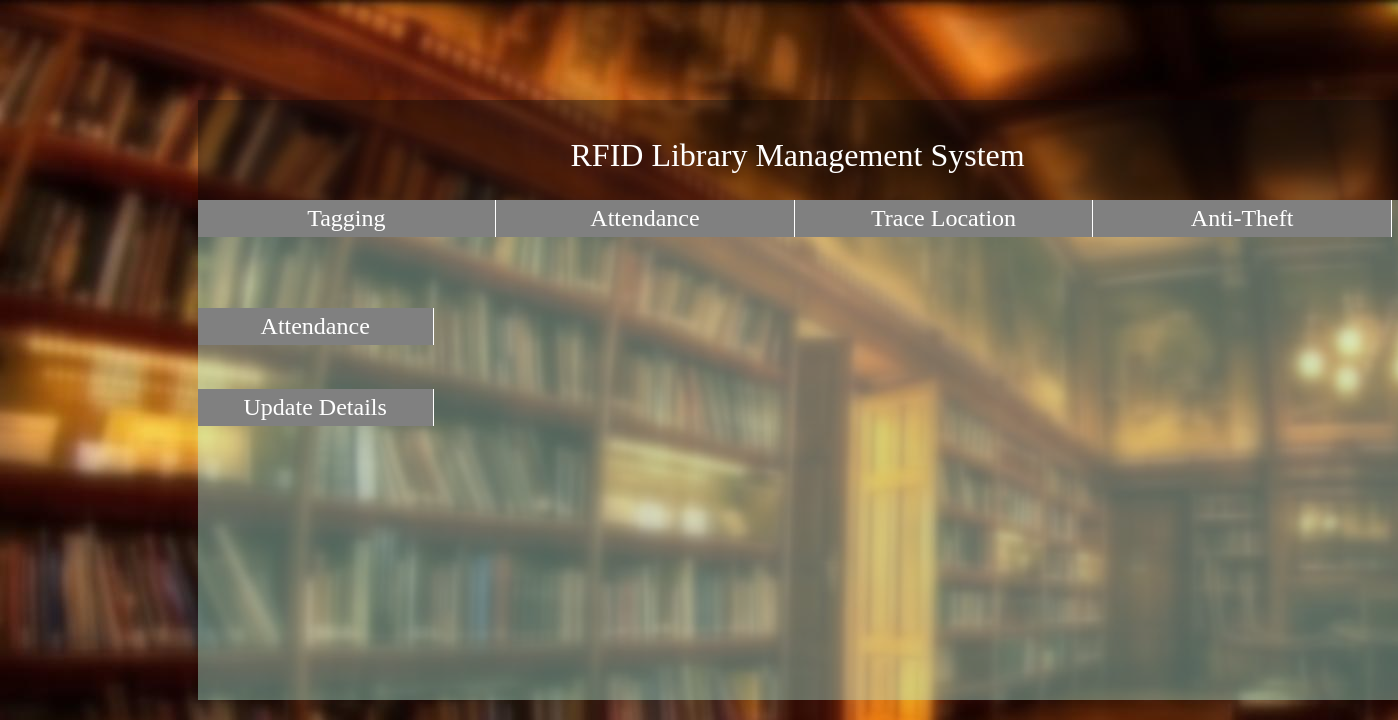
Repository: vigineshs/A-Smart-Data-Analyzer-for-Library-Management-System
Page: http://localhost/librarymgmt/attend.jsp
The author's editor kept a copy of each file at every save. The page is drawn from the files as they stood at one save, then again after the next save.
The browser window is 1280 px wide. The page is 1398 px wide, so the pictures cover 1398 px, including what lies to the right of the window. The pictures show the whole page.
The page is served by Tomcat 9. Other server files are loaded and not shown.

Above is the page before, as saved 2013-02-11 14:42:12.

### PassiveRFID/CS203-Version 1.0.6/Demo Applications/Dot Net C#/Demo Applications Source Code/RFID/librarymgmt/WebContent/attend.jsp
<%@ page language="java" contentType="text/html; charset=ISO-8859-1"
    pageEncoding="ISO-8859-1"%>
<!DOCTYPE html PUBLIC "-//W3C//DTD HTML 4.01 Transitional//EN" "http://www.w3.org/TR/html4/loose.dtd">
<html>
<head>
<title>RFID | Library Management System</title>
<link rel="stylesheet" type="text/css" href="page.css ">

</head>
<body>
<div class="center">
<div id="container">
<div id="header"><br/>
RFID Library Management System
</div>
<div id="content">
<ul>
<li><a href="tag.jsp">Tagging</a></li>
<li><a href="attend.jsp">Attendance</a></li>
<li><a href="locate.jsp">Trace Location</a></li>
<li><a href="#">Anti-Theft</a></li>
</ul>
<br/><br/>
	<div id="lcon">
	<br/><br/>
<a href="attendance.jsp">Attendance</a><br/><br/><br/>
<a href="updetails.jsp">Update Details</a><br/>
	</div>
	<div id="rcon">


	</div>
</div>
</div></div>
</body>
</html>

### PassiveRFID/CS203-Version 1.0.6/Demo Applications/Dot Net C#/Demo Applications Source Code/RFID/librarymgmt/WebContent/page.css
#container
{


width:1200px;
height:500px;
margin:0px;

}

ul
{

width:100%;
padding:0;
margin:0;
list-style-type:none;
}

ul a
{
float:left;
width:10.6em;
text-decoration:none;
text-align:center;
color:white;
background-color:grey;
padding:0.2em 0.9em;
border-right:1px solid white;
}

a
{
float:left;
width:8em;
text-decoration:none;
text-align:center;
color:white;
background-color:grey;
padding:0.2em 0.9em;
border-right:1px solid white;
}

a:hover {background-color:white;
color:black;}

li {display:inline;}


.center
{
margin-left:auto;
margin-right:auto;
width:70%;
}

body
{
background-image:url('images/lib.jpg');
}

#header
{
background-image:url('images/header.png');
font-family:Monotype Corsiva;
font-size:32px;
color:white;
height:100px;
text-align:center;
float:center;
margin-top:100px;
}

#content
{
background-image:url('images/content.png');
width:1200px;
height:500px;
margin-left:0px;
overflow:hidden;
font-size:24px;
float:center;
}

#lcon
{
width:300px;
height:100%
overflow:hidden;
}

#rcon
{
width:700px;
height:100%
overflow:hidden;
margin-left:300px;
}

After the next save:
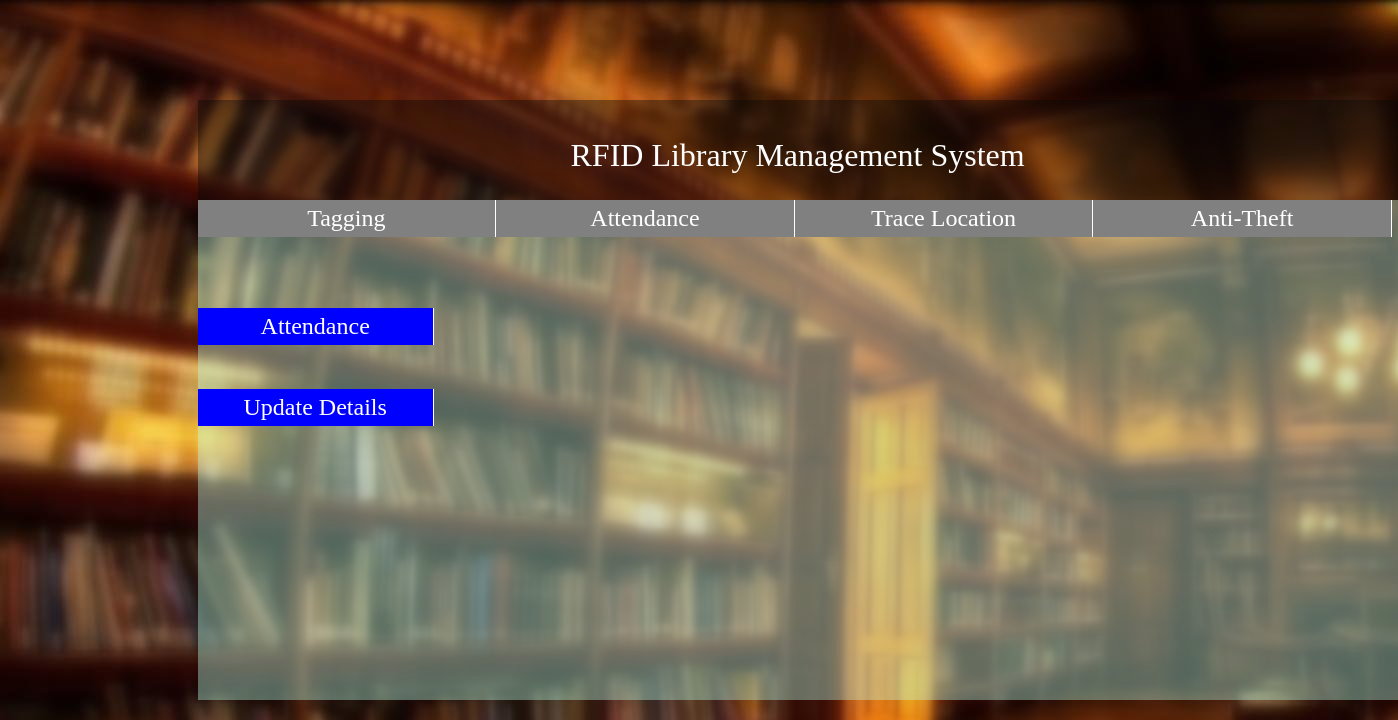
Saved 26 s later.
--- a/PassiveRFID/CS203-Version 1.0.6/Demo Applications/Dot Net C#/Demo Applications Source Code/RFID/librarymgmt/WebContent/page.css
+++ b/PassiveRFID/CS203-Version 1.0.6/Demo Applications/Dot Net C#/Demo Applications Source Code/RFID/librarymgmt/WebContent/page.css
@@ -36,7 +36,7 @@ width:8em;
 text-decoration:none;
 text-align:center;
 color:white;
-background-color:grey;
+background-color:blue;
 padding:0.2em 0.9em;
 border-right:1px solid white;
 }
